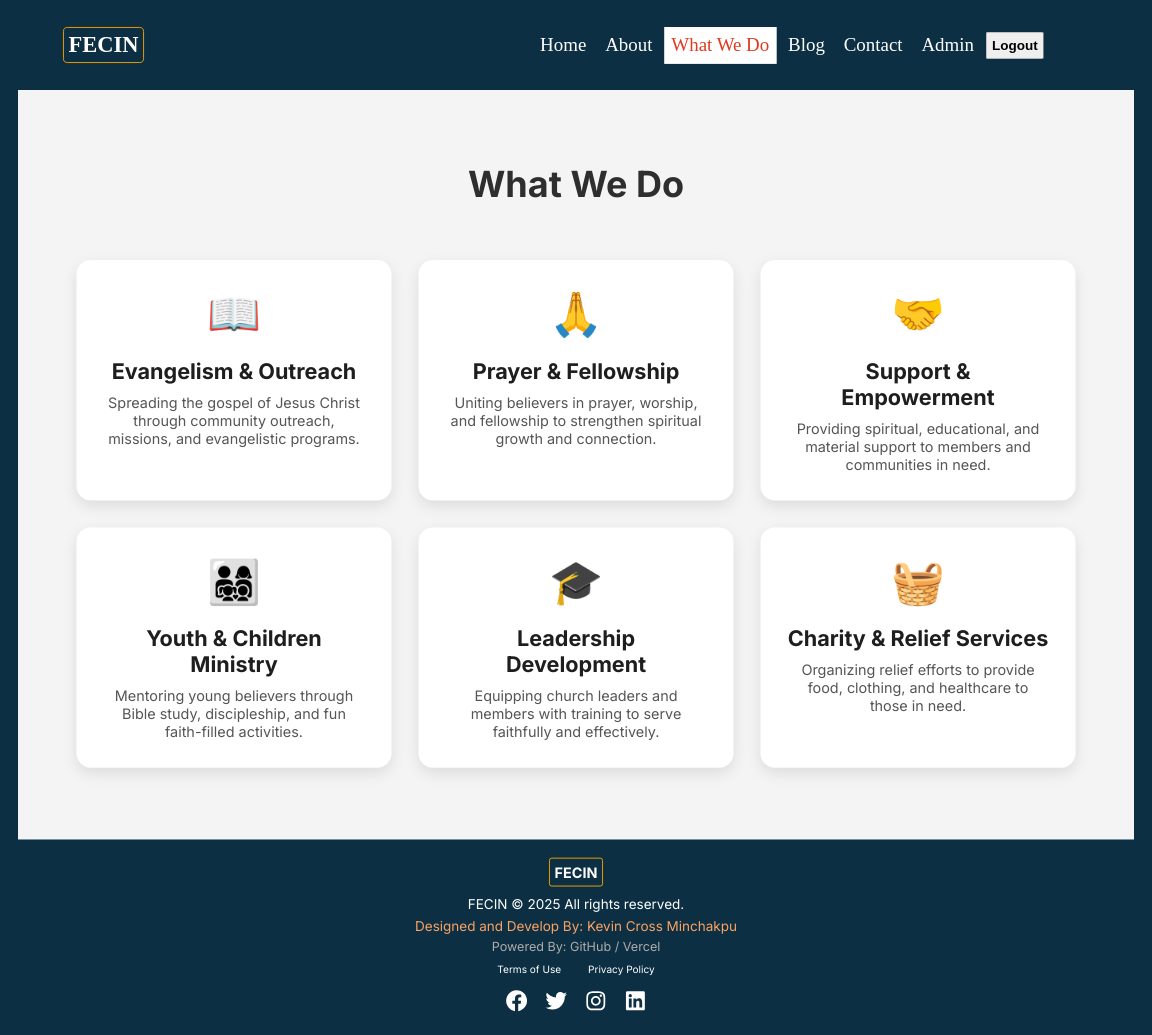
Repository: KCMinchakpu/fecin-projectgs497
Page: /whatwedo
An editor plug-in stored every save of this project. The page is shown before and after the next save, followed by the edit.
The browser window is 1280 px wide. The pictures show the whole page, at 90% of full size.
The project was rebuilt for these pictures with package versions that can differ from the ones it lists, and the page was loaded fresh each time. The framework's server and built-in components were replaced by stand-ins that run in the browser. Also part of the build but not shown: next.config.mjs.

Above is the page before, as saved 2025-04-05 17:10:16.

After the next save:
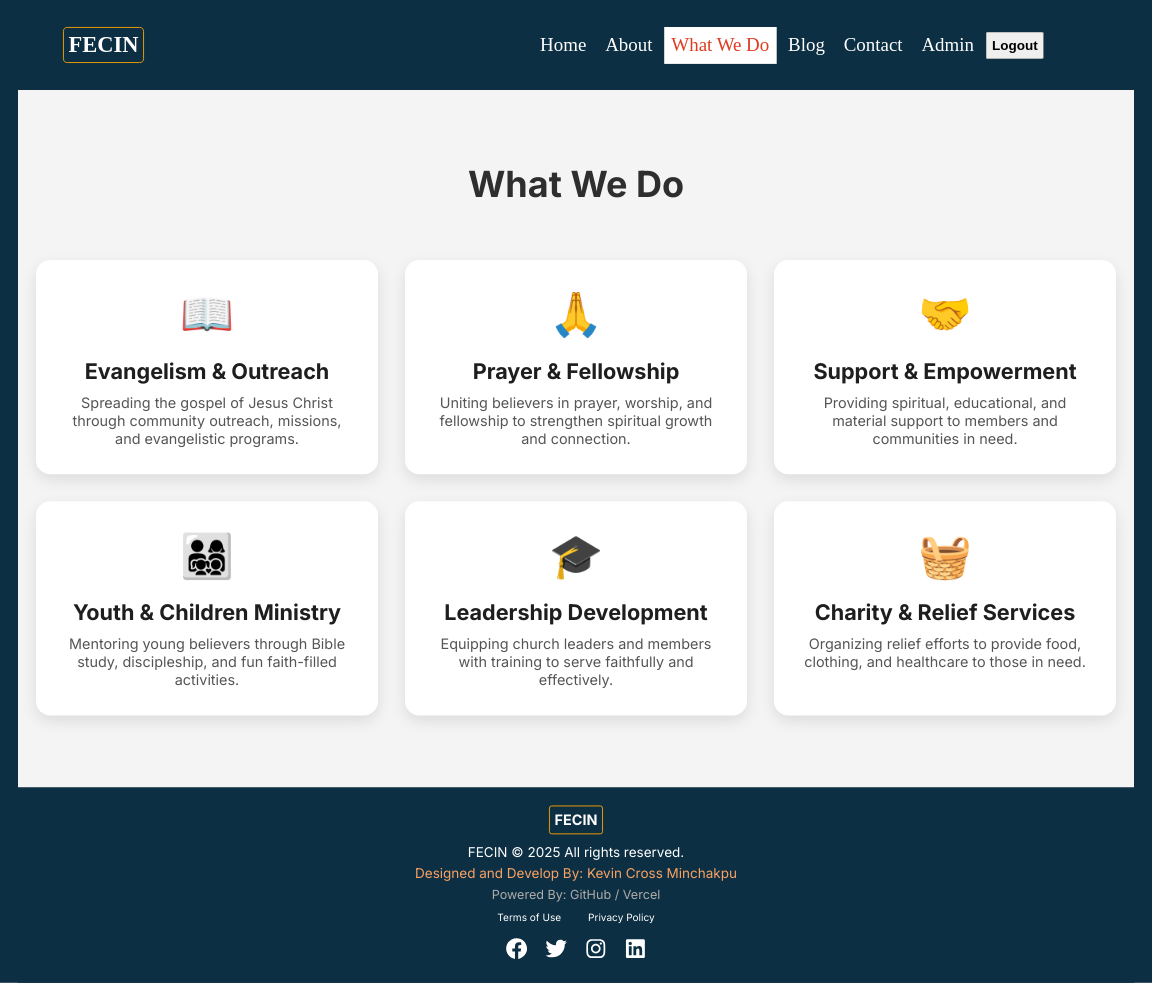
Saved 2 min 39 s later.
--- a/src/app/whatwedo/WhatWeDoPage.module.css
+++ b/src/app/whatwedo/WhatWeDoPage.module.css
@@ -1,56 +1,53 @@
 .section {
-    background-color: #f4f4f4;
-    padding: 80px 20px;
-    min-height: 100vh;
-  }
+  background-color: #f4f4f4;
+  padding: 80px 20px;
+  min-height: 100vh;
+}
 
-  .container {
-    max-width: 1200px;
-    margin: 0 auto;
-  }
+.container {
+  max-width: 1200px;
+  margin: 0 auto;
+}
 
-  .heading {
-    text-align: center;
-    font-size: 2.5rem;
-    margin-bottom: 60px;
-    color: #2e2e2e;
-  }
+.heading {
+  text-align: center;
+  font-size: 2.5rem;
+  margin-bottom: 60px;
+  color: #2e2e2e;
+}
 
-  .cardGrid {
-    display: flex;
-    gap: 30px;
-    flex-wrap: wrap;
-    justify-content: center;
-  }
+.cardGrid {
+  display: grid;
+  grid-template-columns: repeat(auto-fit, minmax(280px, 1fr));
+  gap: 30px;
+}
 
-  .card {
-    background: white;
-    border-radius: 16px;
-    padding: 30px;
-    flex: 1 1 300px;
-    max-width: 350px;
-    box-shadow: 0 6px 16px rgba(0, 0, 0, 0.1);
-    text-align: center;
-    transition: transform 0.3s ease, box-shadow 0.3s ease;
-  }
+.card {
+  background: white;
+  border-radius: 16px;
+  padding: 30px;
+  text-align: center;
+  box-shadow: 0 6px 16px rgba(0, 0, 0, 0.1);
+  transition: transform 0.3s ease, box-shadow 0.3s ease;
+}
 
-  .card:hover {
-    transform: translateY(-5px);
-    box-shadow: 0 10px 20px rgba(0, 0, 0, 0.15);
-  }
+.card:hover {
+  transform: translateY(-5px);
+  box-shadow: 0 10px 20px rgba(0, 0, 0, 0.15);
+}
 
-  .icon {
-    font-size: 3rem;
-    margin-bottom: 20px;
-  }
+.icon {
+  font-size: 3rem;
+  margin-bottom: 20px;
+}
 
-  .title {
-    font-size: 1.5rem;
-    margin-bottom: 10px;
-    color: #1e1e1e;
-  }
+.title {
+  font-size: 1.5rem;
+  margin-bottom: 10px;
+  color: #1e1e1e;
+}
 
-  .description {
-    color: #555;
-    font-size: 1rem;
-  }
+.description {
+  color: #555;
+  font-size: 1rem;
+}

After the save that followed:
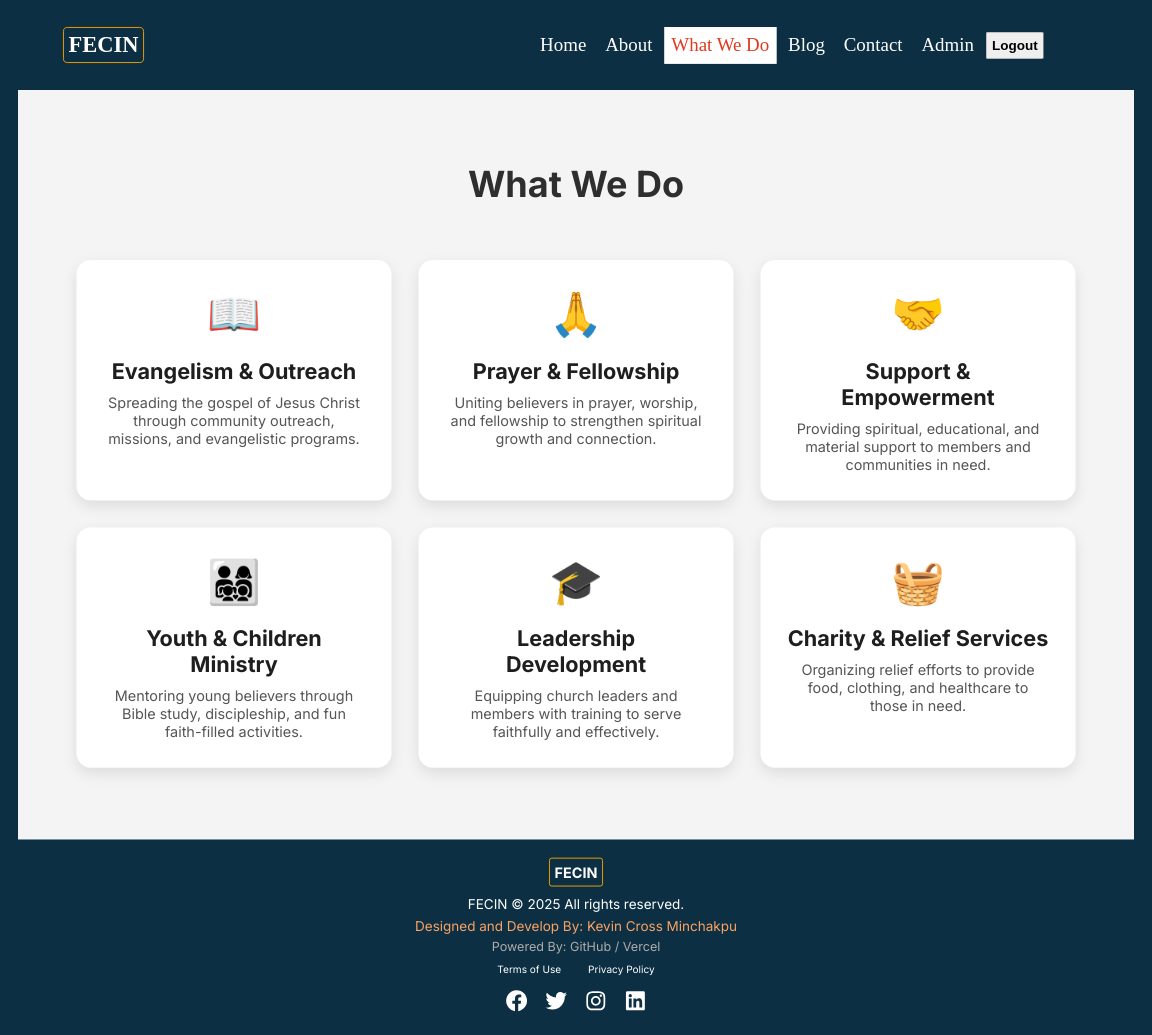
Saved 20 s later.
--- a/src/app/whatwedo/WhatWeDoPage.module.css
+++ b/src/app/whatwedo/WhatWeDoPage.module.css
@@ -1,53 +1,56 @@
 .section {
-  background-color: #f4f4f4;
-  padding: 80px 20px;
-  min-height: 100vh;
-}
+    background-color: #f4f4f4;
+    padding: 80px 20px;
+    min-height: 100vh;
+  }
 
-.container {
-  max-width: 1200px;
-  margin: 0 auto;
-}
+  .container {
+    max-width: 1200px;
+    margin: 0 auto;
+  }
 
-.heading {
-  text-align: center;
-  font-size: 2.5rem;
-  margin-bottom: 60px;
-  color: #2e2e2e;
-}
+  .heading {
+    text-align: center;
+    font-size: 2.5rem;
+    margin-bottom: 60px;
+    color: #2e2e2e;
+  }
 
-.cardGrid {
-  display: grid;
-  grid-template-columns: repeat(auto-fit, minmax(280px, 1fr));
-  gap: 30px;
-}
+  .cardGrid {
+    display: flex;
+    gap: 30px;
+    flex-wrap: wrap;
+    justify-content: center;
+  }
 
-.card {
-  background: white;
-  border-radius: 16px;
-  padding: 30px;
-  text-align: center;
-  box-shadow: 0 6px 16px rgba(0, 0, 0, 0.1);
-  transition: transform 0.3s ease, box-shadow 0.3s ease;
-}
+  .card {
+    background: white;
+    border-radius: 16px;
+    padding: 30px;
+    flex: 1 1 300px;
+    max-width: 350px;
+    box-shadow: 0 6px 16px rgba(0, 0, 0, 0.1);
+    text-align: center;
+    transition: transform 0.3s ease, box-shadow 0.3s ease;
+  }
 
-.card:hover {
-  transform: translateY(-5px);
-  box-shadow: 0 10px 20px rgba(0, 0, 0, 0.15);
-}
+  .card:hover {
+    transform: translateY(-5px);
+    box-shadow: 0 10px 20px rgba(0, 0, 0, 0.15);
+  }
 
-.icon {
-  font-size: 3rem;
-  margin-bottom: 20px;
-}
+  .icon {
+    font-size: 3rem;
+    margin-bottom: 20px;
+  }
 
-.title {
-  font-size: 1.5rem;
-  margin-bottom: 10px;
-  color: #1e1e1e;
-}
+  .title {
+    font-size: 1.5rem;
+    margin-bottom: 10px;
+    color: #1e1e1e;
+  }
 
-.description {
-  color: #555;
-  font-size: 1rem;
-}
+  .description {
+    color: #555;
+    font-size: 1rem;
+  }
